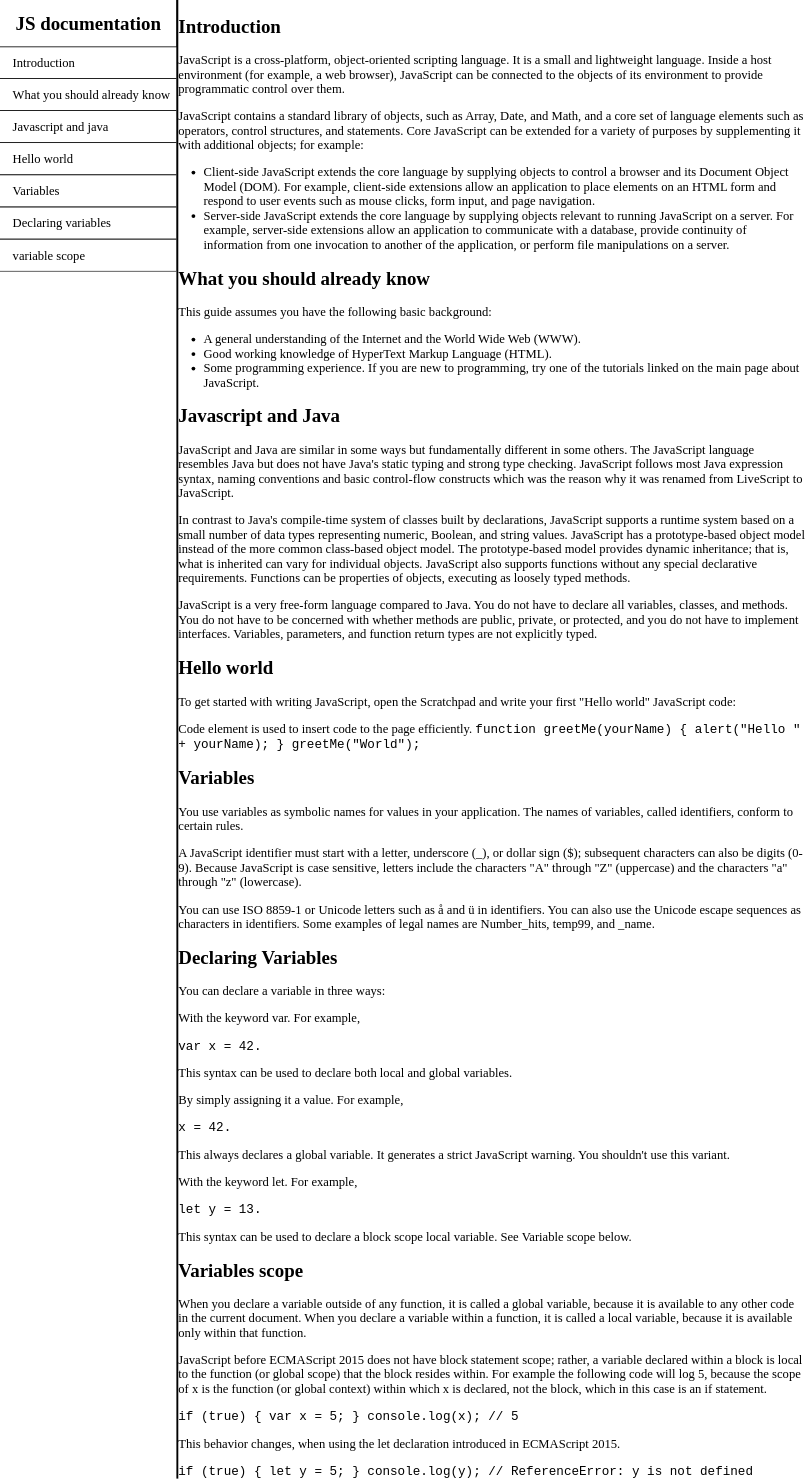
Repository: Pafestivo/Technical-documentation
Page: index.html
The author's editor kept a copy of each file at every save. The page is drawn from the files as they stood at one save, then again after the next save.
The browser window is 1280 px wide. The pictures show the whole page, at 63% of full size.

Above is the page before, as saved 2022-09-07 13:42:48.

### index.html
<!DOCTYPE html>
<html lang="en">
<head>
    <meta charset="UTF-8">
    <meta name="viewport" content="width=device-width, initial-scale=1.0">
    <link rel="stylesheet" href="styles.css">
    <title>Technical Documentation Page</title>
</head>
<body>
  <nav id="navbar">
    <header>
      <h1>JS documentation</h1>
    </header>
    <ul>
      <li><a id="nav-link" href="#introduction">Introduction</a></li>
      <li><a id="nav-link" href="#what_you_should_already_know">What you should already know</a></li>
      <li><a id="nav-link" href="#javascript_and_Java">Javascript and java</a></li>
      <li><a id="nav-link" href="#hello_world">Hello world</a></li>
      <li><a id="nav-link" href="#variables">Variables</a></li>
      <li><a id="nav-link" href="#declaring_variables">Declaring variables</a></li>
      <li><a id="nav-link" href="#variable_scope">variable scope</a></li>
    </ul>
  </nav>
  <main id="main-doc">
    <section id="introduction" class="main-section">
      <h1>Introduction</h1>

      <p>JavaScript is a cross-platform, object-oriented scripting language. It is a small and lightweight language. Inside a host environment (for example, a web browser), JavaScript can be connected to the objects of its environment to provide programmatic control over them.</p>

      <p>JavaScript contains a standard library of objects, such as Array, Date, and Math, and a core set of language elements such as operators, control structures, and statements. Core JavaScript can be extended for a variety of purposes by supplementing it with additional objects; for example:</p>

      <ul>
        <li>Client-side JavaScript extends the core language by supplying objects to control a browser and its Document Object Model (DOM). For example, client-side extensions allow an application to place elements on an HTML form and respond to user events such as mouse clicks, form input, and page navigation.</li>
        <li>Server-side JavaScript extends the core language by supplying objects relevant to running JavaScript on a server. For example, server-side extensions allow an application to communicate with a database, provide continuity of information from one invocation to another of the application, or perform file manipulations on a server.</li>
      </ul>
    </section>

    <section id="what_you_should_already_know" class="main-section">
        <h1>What you should already know</h1>

        <p>This guide assumes you have the following basic background:</p>

        <ul>
          <li>A general understanding of the Internet and the World Wide Web (WWW).</li>
          <li>Good working knowledge of HyperText Markup Language (HTML).</li>
          <li>Some programming experience. If you are new to programming, try one of the tutorials linked on the main page about JavaScript.</li>
        </ul>
      </section>

      <section id="javascript_and_Java" class="main-section">
        <h1>Javascript and Java</h1>

        <p>JavaScript and Java are similar in some ways but fundamentally different in some others. The JavaScript language resembles Java but does not have Java's static typing and strong type checking. JavaScript follows most Java expression syntax, naming conventions and basic control-flow constructs which was the reason why it was renamed from LiveScript to JavaScript.</p>

        <p>In contrast to Java's compile-time system of classes built by declarations, JavaScript supports a runtime system based on a small number of data types representing numeric, Boolean, and string values. JavaScript has a prototype-based object model instead of the more common class-based object model. The prototype-based model provides dynamic inheritance; that is, what is inherited can vary for individual objects. JavaScript also supports functions without any special declarative requirements. Functions can be properties of objects, executing as loosely typed methods.</p>

        <p>JavaScript is a very free-form language compared to Java. You do not have to declare all variables, classes, and methods. You do not have to be concerned with whether methods are public, private, or protected, and you do not have to implement interfaces. Variables, parameters, and function return types are not explicitly typed.</p>
      </section>

      <section id="hello_world" class="main-section">
        <h1>Hello world</h1>
        <p>To get started with writing JavaScript, open the Scratchpad and write your first "Hello world" JavaScript code:</p>

        Code element is used to insert code to the page efficiently.
        <code>
            function greetMe(yourName) { alert("Hello " + yourName); }
            greetMe("World");
        </code>
      </section>

      <section id="variables" class="main-section">
        <h1>Variables</h1>

        <p>You use variables as symbolic names for values in your application. The names of variables, called identifiers, conform to certain rules.</p>

        <p>A JavaScript identifier must start with a letter, underscore (_), or dollar sign ($); subsequent characters can also be digits (0-9). Because JavaScript is case sensitive, letters include the characters "A" through "Z" (uppercase) and the characters "a" through "z" (lowercase).</p>

        <p>You can use ISO 8859-1 or Unicode letters such as å and ü in identifiers. You can also use the Unicode escape sequences as characters in identifiers. Some examples of legal names are Number_hits, temp99, and _name.</p>
      </section>

      <section id="declaring_variables" class="main-section">
        <h1>Declaring Variables</h1>

        <p>You can declare a variable in three ways:</p>

        <p>With the keyword var. For example,</p>
        <code>
            var x = 42.
        </code>

        <p>This syntax can be used to declare both local and global variables.</p>

        <p>By simply assigning it a value. For example,</p>
        <code>
            x = 42.
        </code>

        <p>This always declares a global variable. It generates a strict JavaScript warning. You shouldn't use this variant.</p>

        <p>With the keyword let. For example,</p>
        <code>
            let y = 13.
        </code>

        <p>This syntax can be used to declare a block scope local variable. See Variable scope below.</p>
      </section>

      <section id="variable_scope" class="main-section">
        <h1>Variables scope</h1>

        <p>When you declare a variable outside of any function, it is called a global variable, because it is available to any other code in the current document. When you declare a variable within a function, it is called a local variable, because it is available only within that function.</p>

        <p>JavaScript before ECMAScript 2015 does not have block statement scope; rather, a variable declared within a block is local to the function (or global scope) that the block resides within. For example the following code will log 5, because the scope of x is the function (or global context) within which x is declared, not the block, which in this case is an if statement.</p>
        <code>
            if (true) { var x = 5; } console.log(x); // 5
        </code>

        <p>This behavior changes, when using the let declaration introduced in ECMAScript 2015.</p>
        <code>
            if (true) { let y = 5; } console.log(y); // ReferenceError: y is
not defined
        </code>
  </main>

</body>
</html>

### styles.css
html {
  box-sizing: border-box;
  scroll-behavior: smooth;
  font-size: 20px;
}

body {
  display: flex;
  padding: 0;
  margin: 0;
  min-width: 290px;
}

/* Navigation bar  */
#navbar {
  border-right: solid;
  min-width: 280px;
}

#navbar header {
  margin: -1px;
}

#navbar header h1{
  margin: 0;
  padding: 20px;
  border: 1px solid #000;
  text-align: center;
}

#navbar ul {
  list-style: none;
  height: 90%;
  margin: 0;
  padding: 0;
  overflow-y: auto;
  overflow-x: hidden;
}

#navbar ul li {
  margin: -1px;
}

#navbar ul a {
  display: flex;
  align-items: center;
  text-decoration: none;
  color: #000;
  height: 50px;
  padding-left: 20px;
  border: 1px solid #000;
}

/* Navigation bar end  */

After the next save:
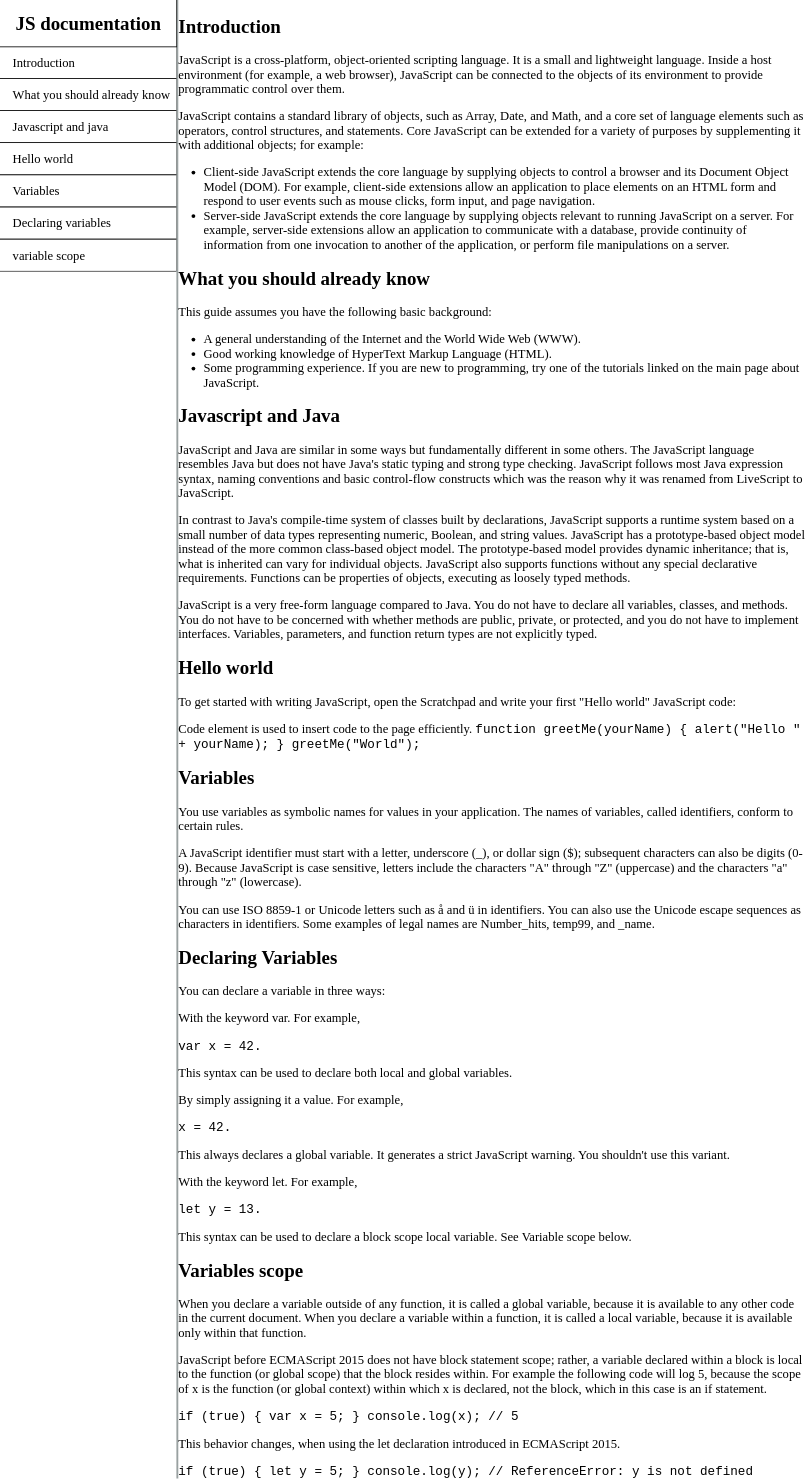
Saved 19 s later.
--- a/styles.css
+++ b/styles.css
@@ -14,6 +14,7 @@ body {
 /* Navigation bar  */
 #navbar {
   border-right: solid;
+  border-color: rgba(0, 22, 22, 0.4);
   min-width: 280px;
 }
 
